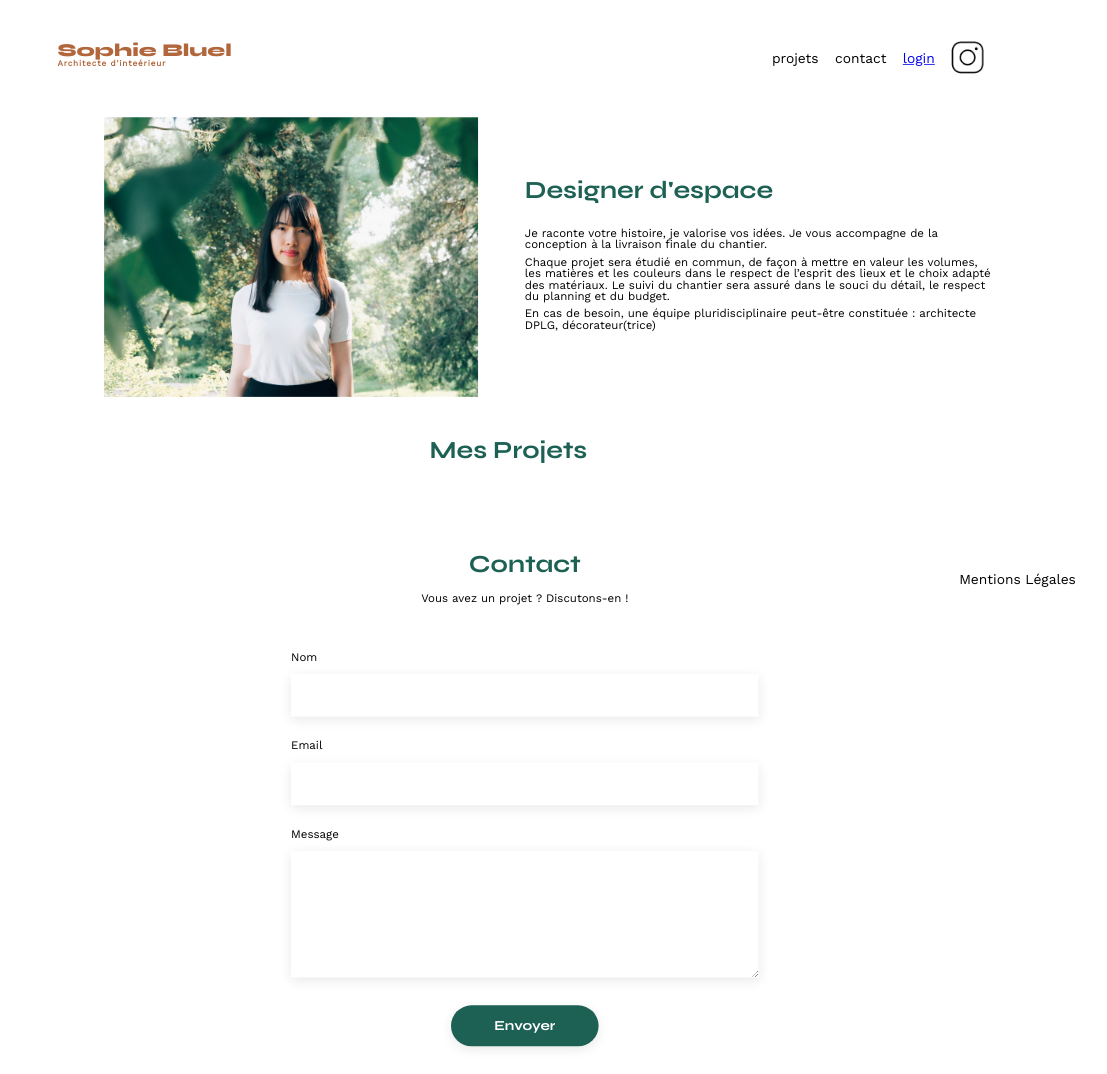
Repository: ByteVoyageur/OC-P6
Page: FrontEnd/index.html
An editor plug-in stored every save of this project. The page is shown before and after the next save, followed by the edit.
The browser window is 1280 px wide. The page is 1350 px wide, so the pictures cover 1350 px, including what lies to the right of the window. The pictures show the whole page, at 82% of full size.
The page's requests for data from a server got no answer.

Above is the page before, as saved 2023-10-20 20:51:59.
Console error: TypeError: Cannot read properties of null (reading 'addEventListener')

After the next save:
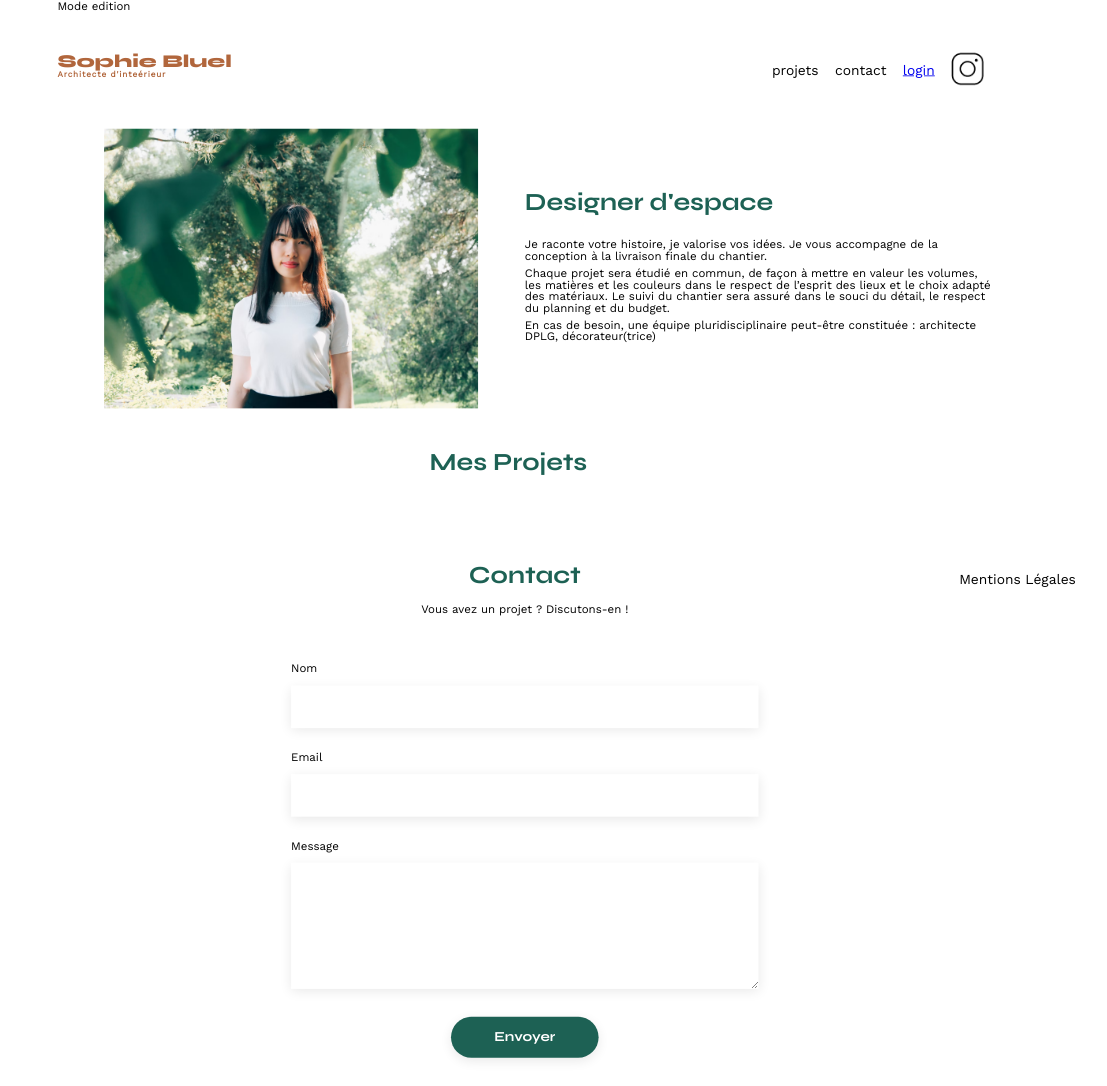
Saved 15 min 11 s later.
--- a/FrontEnd/index.html
+++ b/FrontEnd/index.html
@@ -16,6 +16,10 @@
 </head>
 
 <body>
+	<div class="edit-mode-indicator" id="editModeIndicator">
+		<i class="fa-regular fa-pen-to-square"></i>
+		<span>Mode edition</span>
+	</div>
 	<header>
 		<h1>Sophie Bluel <span>Architecte d'inteérieur</span></h1>
 		<nav>

After the save that followed:
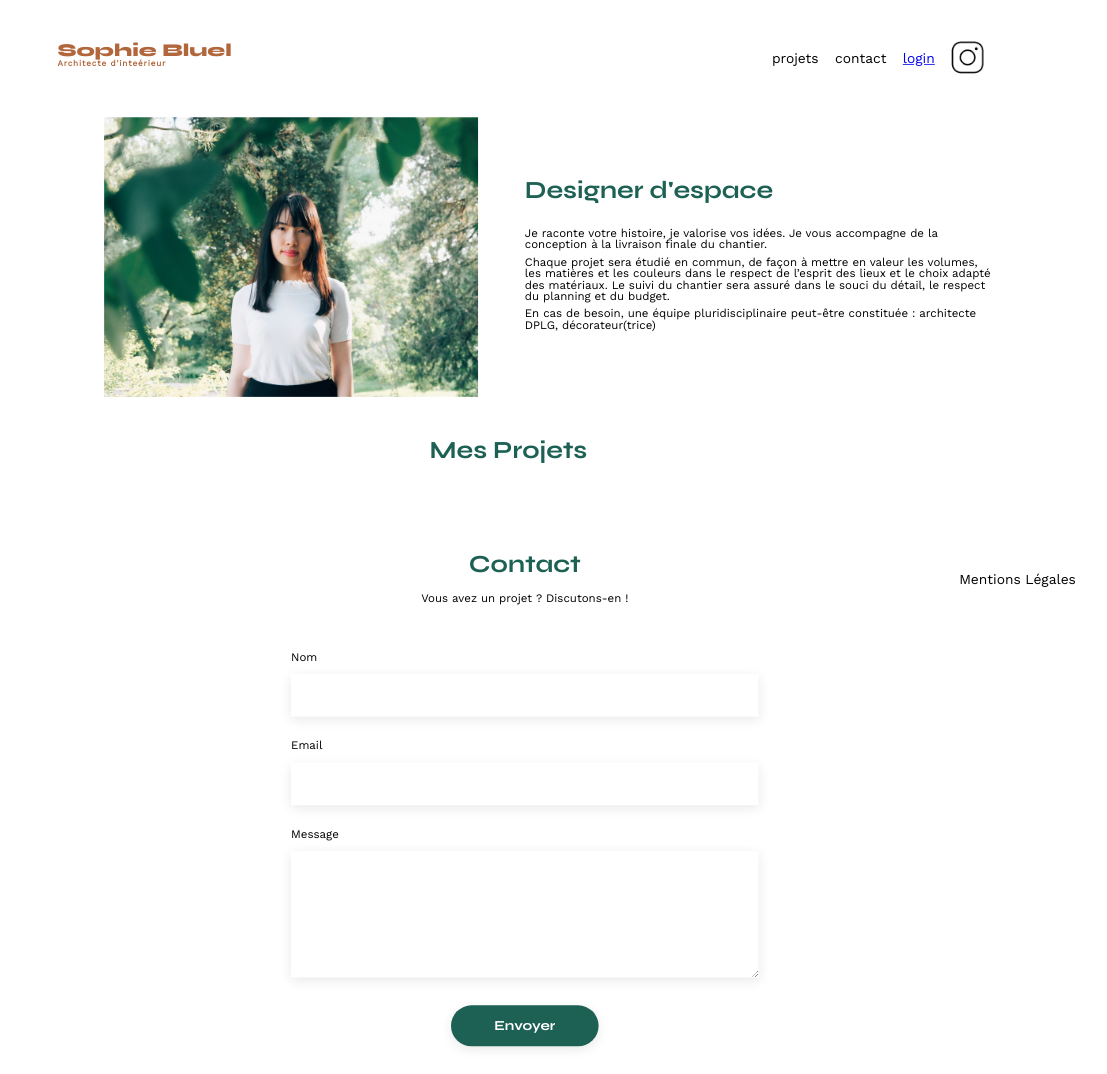
Saved 35 s later.
--- a/FrontEnd/assets/css/style.css
+++ b/FrontEnd/assets/css/style.css
@@ -134,6 +134,24 @@ body {
   font-family: 'Work Sans';
   font-size: 14px;
 }
+.edit-mode-indicator {
+  display: none;
+  background-color: black;
+  color: white;
+  width: 100%;
+  text-align: center;
+  padding: 10px 0;
+  font-size: 16px;
+}
+
+.edit-mode-indicator i {
+  margin-right: 10px;
+}
+
+.edit-mode-indicator.show {
+  display: block;
+}
+
 header {
   display: flex;
   justify-content: space-between;
